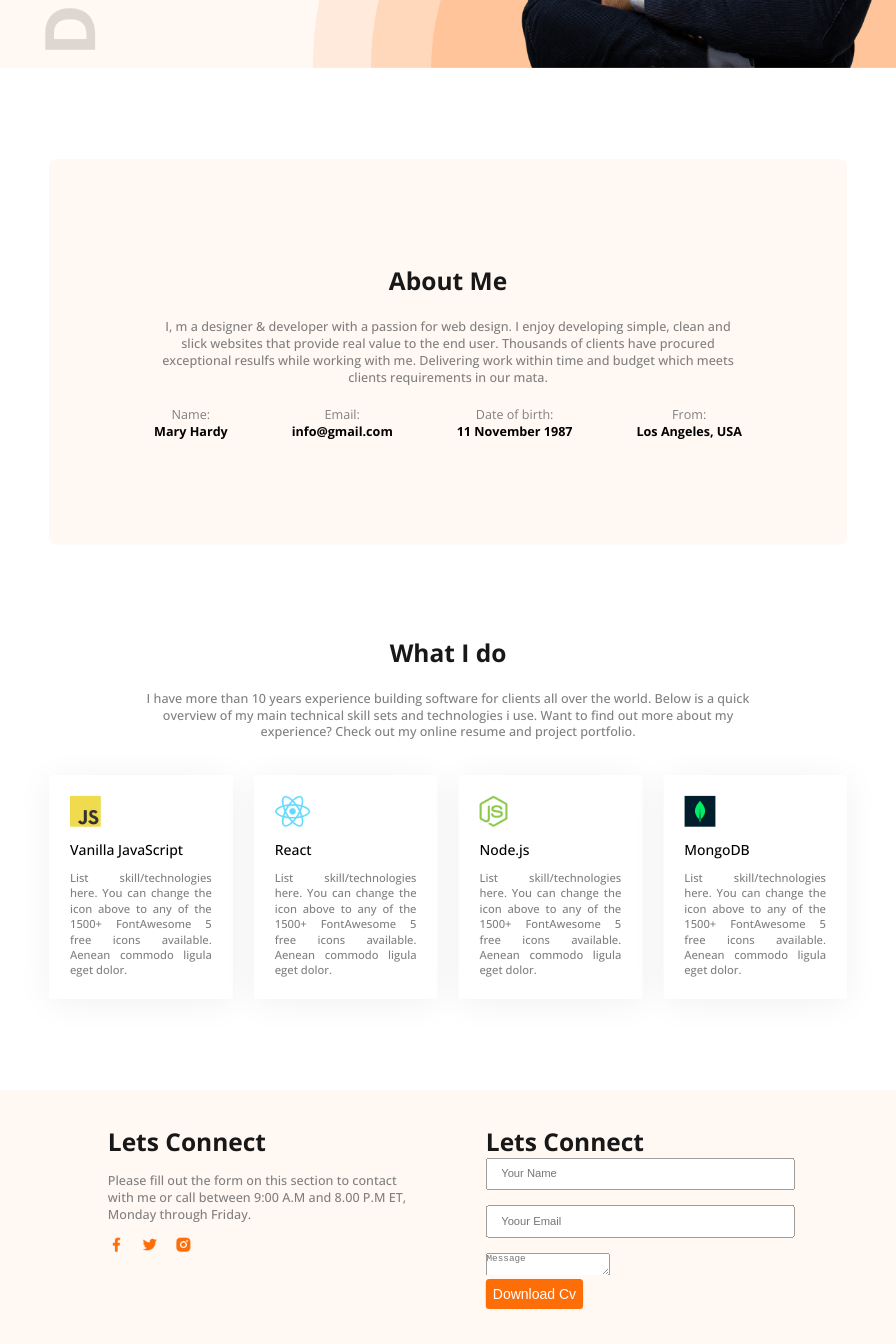
Repository: nahid-hasann/website-1
Page: index.html
The author's editor kept a copy of each file at every save. The page is drawn from the files as they stood at one save, then again after a run of saves.
The browser window is 1280 px wide. The pictures show the part of the page from y = 720 to 2640 px (the page is 2640 px tall before and 2632 px after), at 70% of full size.

Above is the page before, as saved 2025-07-08 14:11:25.

After the next 3 saves:
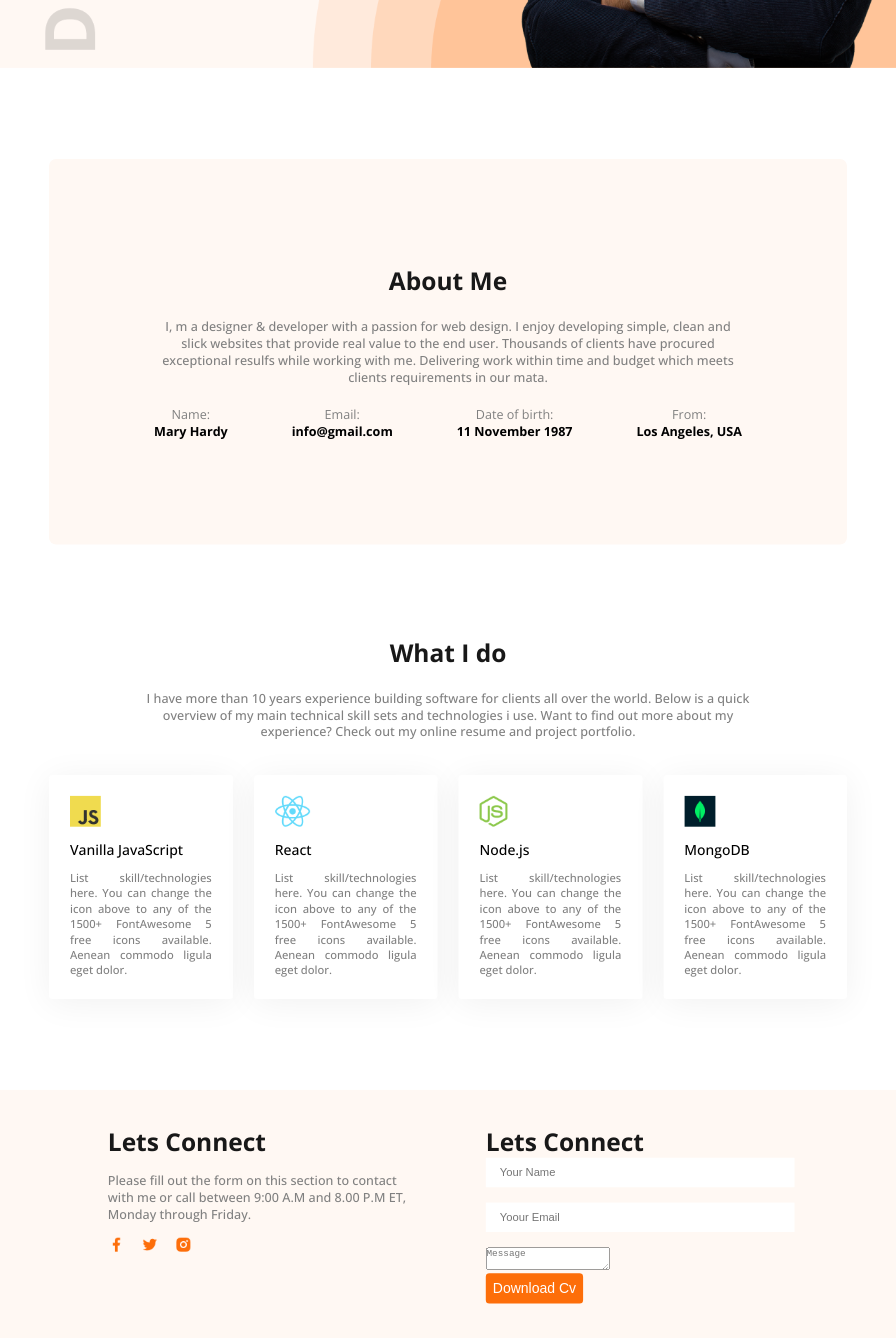
The 3 saves are shown as one change because they came seconds apart.
The last was saved 16 s later.
--- a/style.css
+++ b/style.css
@@ -229,4 +229,5 @@ margin-top: 20px;
       padding: 12px 20px;
       width: 441px;
       font-size: 16px;
-}
+      border: none;
+}
